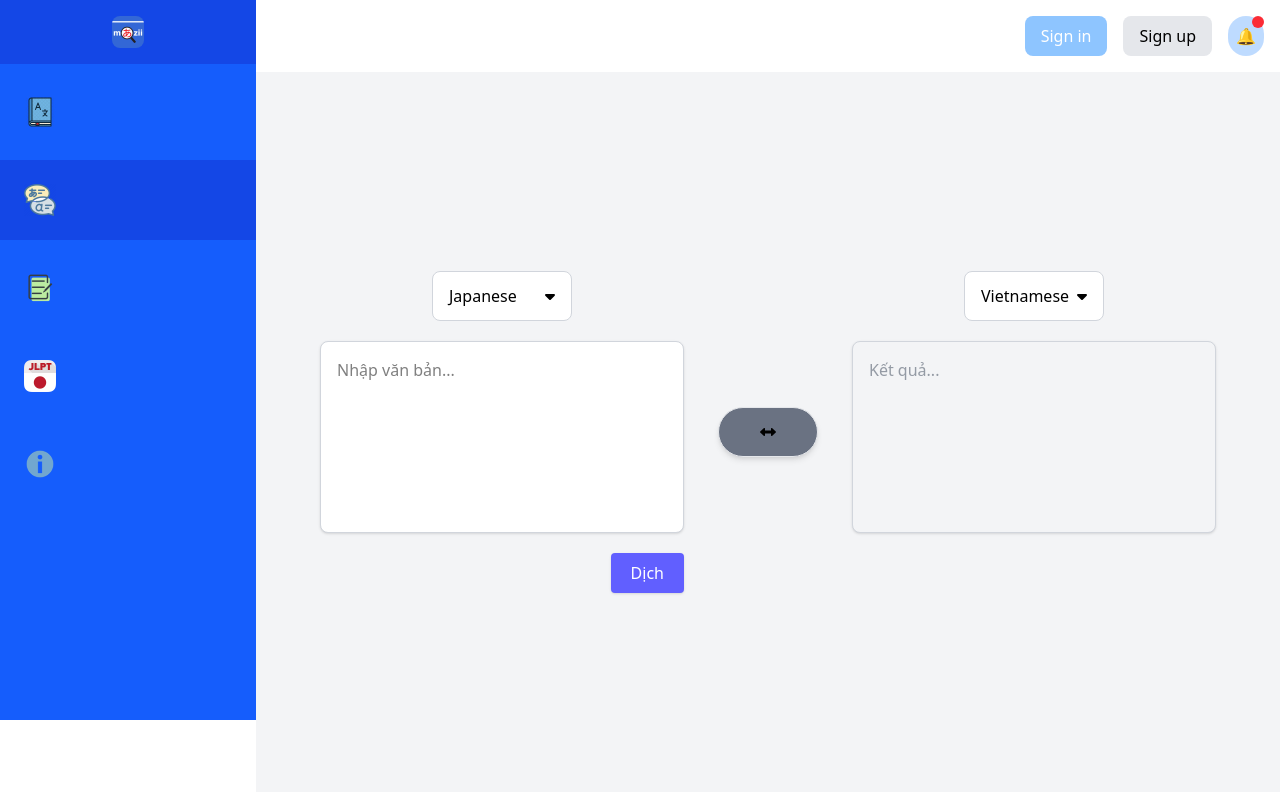
Repository: reminzuetto/JapaneseTranslationApp
Page: /translate
These files come from the project's save history. The page is drawn as it stood at one moment and after a run of saves; the edit follows.
The browser window is 1280 px wide. The pictures show the whole page.
The page's requests for data from a server got no answer. The project was rebuilt for these pictures with package versions that can differ from the ones it lists, and the page was loaded fresh each time. No one was signed in, and anything a server would have sent is missing. Also part of the build but not shown: vite.config.js, src/components/Header/NotificationItem.jsx, src/components/SeachBar/DropDownButton.jsx, src/components/SeachBar/SearchInput.jsx, src/components/SeachBar/SearchBar.jsx, src/pages/Home.jsx, src/Firebase.jsx, src/pages/SignInForm.jsx and 5 more.

Above is the page before, as saved 2025-03-18 00:17:20.

After the next 2 saves:
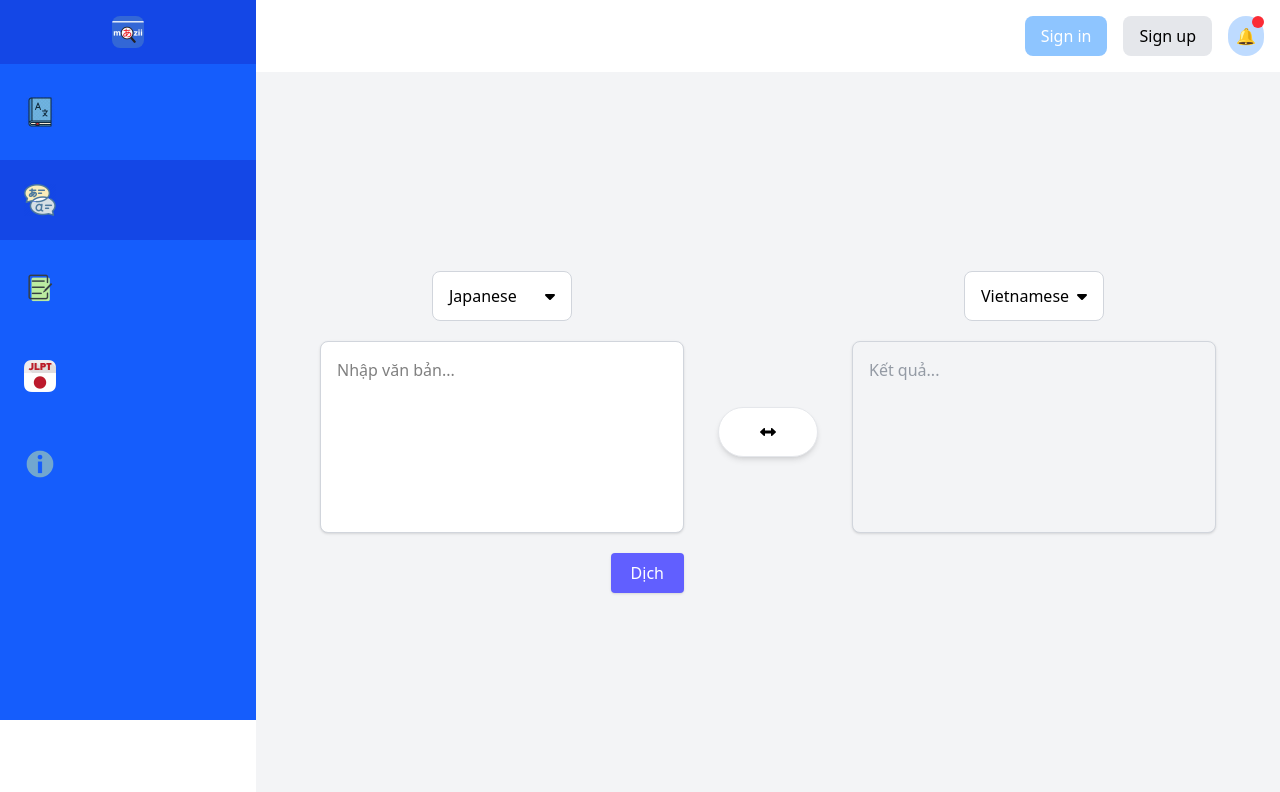
The 2 saves are shown as one change because they came seconds apart.
The last was saved 12 s later.
--- a/src/pages/TranslatePage.jsx
+++ b/src/pages/TranslatePage.jsx
@@ -68,7 +68,7 @@ const TranslatePage = () => {
         <div className="col-span-2 flex justify-center items-center">
           <button
             onClick={swapLanguages}
-            className="p-3 bg-gray-500 text-black w-[100px] border border-gray-200 rounded-full shadow-md hover:bg-gray-200 transition"
+            className="p-3 bg-white text-black w-[100px] border border-gray-200 rounded-full shadow-md hover:bg-gray-200 transition"
           >
             <FontAwesomeIcon icon={faArrowsAltH} />
           </button>
